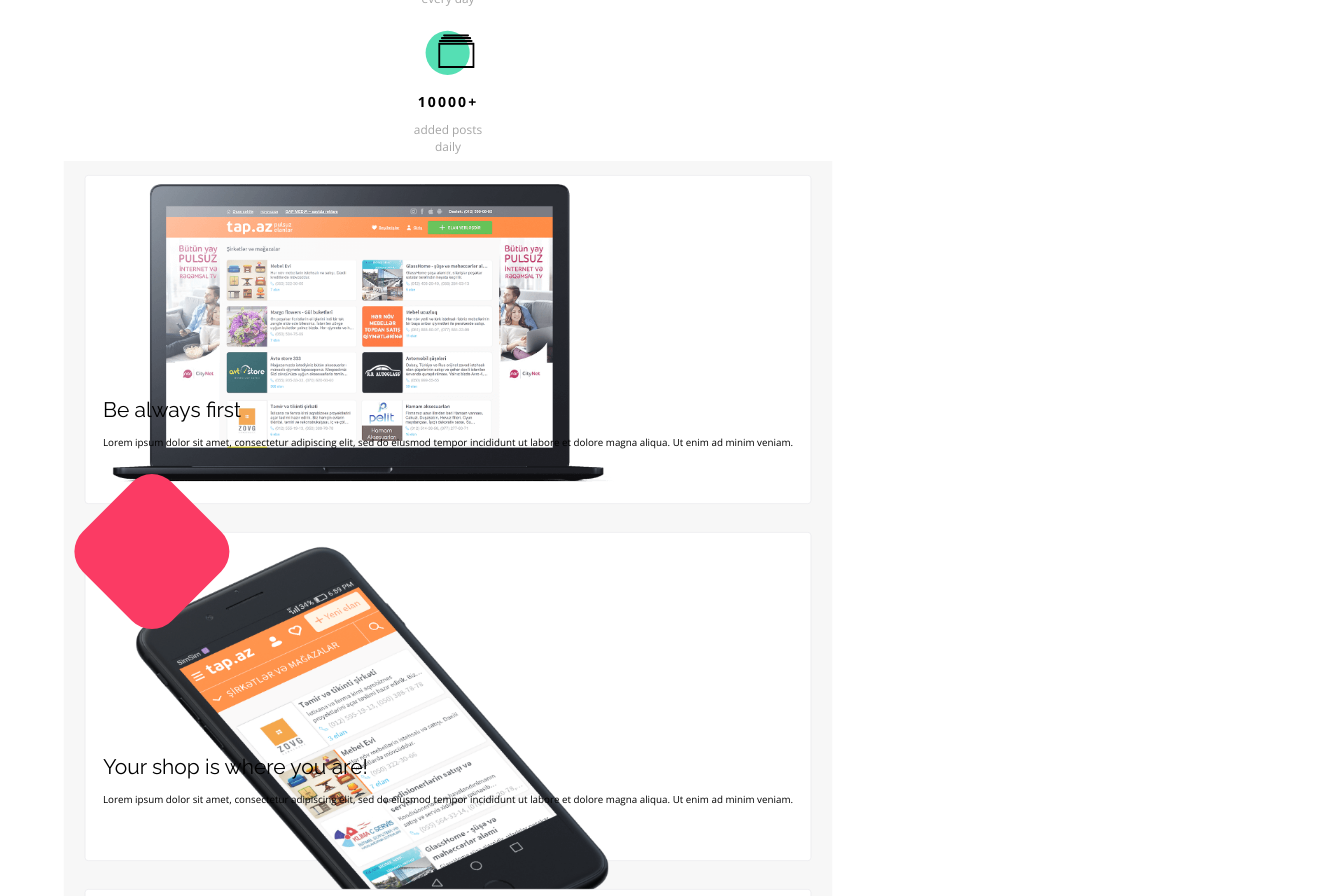
Repository: artwol993/BestShop
Page: index.html
The author's editor kept a copy of each file at every save. The page is drawn from the files as they stood at one save, then again after the next save.
The browser window is 1280 px wide. The page is 1920 px wide, so the pictures cover 1920 px, including what lies to the right of the window. The pictures show the part of the page from y = 1600 to 2880 px (the page is 3597 px tall), at 70% of full size.
The style sheet was rebuilt from its Sass, Less or Tailwind sources for each picture, by a compiler version that may differ from the author's.

Above is the page before, as saved 2020-06-01 21:50:22.

### index.html
<!DOCTYPE html>
<html lang="en">
<head>
    <meta charset="UTF-8">
    <meta name="viewport" content="width=device-width, initial-scale=1.0">
    <title>BestShop[artwol993]</title>
    <link rel="stylesheet" href="css/main.css">
    <style>
        @import url('https://fonts.googleapis.com/css2?family=Open+Sans:wght@400;700&display=swap');
    </style>
    <style>
        @import url('https://fonts.googleapis.com/css2?family=Raleway:wght@300;400;700;800&display=swap');
    </style>
</head>
<body>
    <div class="main__container">
        <header>
            <div class="logo">BestShop</div>
            <nav class="nav">
                <!-- <button class="hamburger" aria-label="Menu">
                    <span class="hamburger__container" tabindex="-1">
                        <span class="hamburger__bars"></span>
                      </span>
                </button> -->
                <div class="side__menu">
                    <!-- <ul class="nav__list">
                        <li class="nav__list-item"><a href="" class="nav__link">why us</a></li>
                        <li class="nav__list-item"><a href="" class="nav__link">benefits</a></li>
                        <li class="nav__list-item"><a href="" class="nav__link">prices</a></li>
                        <li class="nav__list-item"><a href="" class="nav__link">contact</a></li>
                    </ul> -->
                </div>
            </nav>
        </header>

        <div class="content__container">
            <div class="main">

<!-- welcome-section -->

                <section class="welcome">
                    <div class="welcome__content">
                        <h1>Sell More!</h1>
                        <p>Open shop on our platform and incrase your sales</p>
                        <button class="main-btn">Open your shop</button>
                    </div>
                    <img src="/assets/Background.png" alt="notebook-picture" class="welcome__picture">
                </section>

<!-- stats-section -->

                <section class="stats">
                    <h2>The most popular sales platform in country</h2>
                    <div class="stats__container">
                        <div class="stats__bin">
                            <div class="stats__circle-person"></div>
                            <img src="./assets/Person.svg" alt="person-contour" class="stats__img-person">
                            <span>100000+</span>
                            <p>daily entries</p>
                        </div>
                        <div class="stats__bin">
                            <div class="stats__circle-eye"></div>
                            <img src="./assets/Eye.svg" alt="person-contour" class="stats__img-eye">
                            <span>200000+</span>
                            <p>seen products<br> every day</p>
                        </div>
                        <div class="stats__bin">
                            <div class="stats__circle-catalog"></div>
                            <img src="./assets/Catalog.svg" alt="person-contour" class="stats__img-catalog">
                            <span>10000+</span>
                            <p>added posts <br> daily</p>
                        </div>
                    </div>
                </section>

<!-- profits-section -->

                <section class="profits">
                    <div class="profits__container">
                        <div class="profits__box">
                            <div class="profits__box__double-notebook">
                                <img src="/assets/Macbook.png" alt="notebook-picture" class="notebook-picture">
                            </div>
                            <div class="profits__box__double">
                                <h2>Be always first</h2>
                                <p>Lorem ipsum dolor sit amet, consectetur adipiscing elit, sed do eiusmod tempor incididunt ut labore et dolore magna aliqua. Ut enim ad minim veniam.</p>
                            </div>
                        </div>
                        <div class="profits__box">
                            <div class="profits__box__double-img">
                                <img src="/assets/iPhone.png" alt="phone-picture" class="phone-picture">
                            </div>
                            <div class="profits__box__double">
                                <h2>Your shop is where you are!</h2>
                                <p>Lorem ipsum dolor sit amet, consectetur adipiscing elit, sed do eiusmod tempor incididunt ut labore et dolore magna aliqua. Ut enim ad minim veniam.</p>
                            </div>
                        </div>
                        <div class="profits__box">
                            <div class="profits__box__double">
                                <h2>Increase recognition your brand!</h2>
                                <p>Lorem ipsum dolor sit amet, consectetur adipiscing elit, sed do eiusmod tempor incididunt ut labore et dolore magna aliqua. Ut enim ad minim veniam.</p>
                            </div>
                            <div class="profits__box__double-img" class="trumpet">
                                <img src="/assets/Trumpet.png" alt="trumpet-photo" >
                            </div>
                        </div>

                    </div>
                </section>

<!-- pricing-section -->

                <section class="pricing">
                    <div class="pricing__container">
                        <h2></h2>
                        <div class="pricing__box">
                            <div class="pricing__box__price">

                            </div>
                            <div class="pricing__box__list">
                            <li class="include">100 MB HDD</li>
                            <li class="include">1 Subdomain</li>
                            <li class="include">2 E-mails</li>
                            <li class="not__include">Two years license</li>
                            <li class="not__include">Full support</li>

                        </div>
                        </div>
                        <div class="pricing__box">
                            <div class="pricing__box">
                                <div class="pricing__box__price">
                                    <ul class="pricing__list">
                                        <li class="include">500 MB HDD</li>
                                        <li class="include">2 Subdomain</li>
                                        <li class="include">5 E-mails</li>
                                        <li class="include">One year license</li>
                                        <li class="not__include">Full support</li>
                                    </ul>
                                </div>

                            </div>
                        </div>
                        <div class="pricing__box">

                        </div>


                    </div>
                </section>

<!-- contact-section -->

                <section class="contact"></section>
            </div>
        </div>

        <footer>
            <div class="logo">BestShop</div>
            <div class="footer-icon"></div>
            <div class="footer-icon"></div>
        </footer>
    </div>
</body>
</html>

### scss/main.scss
    $c-primary-first: #08a6e4;
    $c-primary-second: #fb3b64;
    $c-primary-third: #55dfb4;
    $c-black: #000000;
    $c-white: #ffffff;
    $c-background: #f7f7f7;
    $c-details: #a5a5a5;
    $c-shadow: #00000029;
    $f-h: 'Raleway', sans-serif;
    $f-p: 'Open Sans', sans-serif;
    $fw-light: 300;
    $fw-normal: 400;
    $fw-bold: 700;
    $fw-black: 800;

/*reset*/

  * {
      margin: 0;
      padding: 0;
      box-sizing: border-box;
  }

  /* fonts */

  a, p, ul, span {
    font-family: $f-p;
  }

  h1 {
    font-size: 3.063rem;
    font-weight: $fw-normal;
    font-family: $f-h;
    color: $c-black;
  }

  h2 {
    font-size: 2.188rem;
    font-weight: $fw-normal;
    font-family: $f-h;
    color: $c-black;
  }

  h3 {
    font-size: 1.25rem;
    font-weight: $fw-bold;
    margin: 5px;
    font-family: $f-h;
    color: $c-black;
  }

  .logo {
    font-size: 2rem;
    font-weight: $fw-light;
    font-family: $f-h;
    color: $c-primary-first;
    text-decoration: none;
    cursor: pointer;
  }

  .body {
      width: 100vh;
  }
  /*header*/
  header {
      height: 70px;
      display: flex;
      align-items: center;
      justify-content: space-between;
      padding: 0 25px;
      box-shadow: 0px 3px 6px $c-shadow;
  }

//   .hamburger {
//     margin: 0;
//     padding: 0;
//     border: 0;
//     background-color: transparent;
//     cursor: pointer;
//     &:focus {
//         & > .hamburger__container {
//           	box-shadow: 0 0 2px 2px #51a7e8;
//         }
//     }
//   }

//   .hamburger__container {
//     display: flex;
//     align-items: center;
//     position: relative;
//     width: 35px;
//     height: 30px;
//   }

//   .hamburger__bars {
//     position: absolute;
//     width: 35px;
//     height: 2px;
//     background-color: #000;
//     transition: transform 220ms ease-in-out;
//     &:before, &:after {
//         display: block;
//         position: absolute;
//         width: 35px;
//         height: 2px;
//         background-color: #000;
//         content: '';
//     }
//     &:before {
//         top: -12px;
//         transition: top 100ms 250ms ease-in, transform 220ms ease-in-out;
//     }
//     &:after {
//         bottom: -12px;
//         transition: bottom 100ms 250ms ease-in,
//           			transform 220ms ease-in-out;
//     }
//   }

//   .hamburger--active {
//     .hamburger__bars {
//         transform: rotate(225deg);
//         transition: transform 220ms 120ms ease-in-out;
//         &:before {
//             top: 0;
//             transition: top 100ms ease-out;
//         }
//         &:after {
//             bottom: 0;
//             transform: rotate(-90deg);
//             transition: bottom 100ms ease-out,
//             		  	transform 220ms 120ms ease-in-out;
//         }
//     }
// }

//   .hamburger, .hamburger__container {
//     &:focus {
//       	outline: none;
//   	}
//   }

//   .side__menu {
//     display: flex;
//     box-sizing: border-box;
//     position: absolute;
//     height: 70%;
//     width: 200px;
//     top: 70px;
//     right: -300px;
//     padding: 0;
//     background-color: red;
//     transition: 0.3s transform ease-in-out;
//   }

//   .side__menu ul {
//     position: absolute;
//     display: flex;
//     flex-direction: column;
//     box-sizing: border-box;
//     height: calc(100% - 70px);
//     flex-wrap: wrap;
//     margin: 0 10px;
//     padding: 0;
//     list-style-type: none;
//     align-content: flex-start;
//   }

//   .side-__menu ul li {
//     display: flex;
//     flex-direction: column;
//     height: 30px;
//     background: $c-primary-second;
//     flex-basis: 100%;
//     margin-top: 70px;
//     color: #696e9e;
//     border-radius: 5px;
//     overflow: hidden;
//   }

//   .side__menu ul li a {
//     display: flex;
//     padding: 10px;
//     align-items: center;
//     width: 100%;
//     height: 100%;
//     background: $c-primary-third;
//     text-decoration: none;
//     box-sizing: border-box;
//   }

//   .hamburger:focus ~ .side__menu, .side__menu:hover {
//     transform: translateX(-300px);
//   }

.nav__list {
  display: flex;
  justify-content: space-around;
  align-items: center;
}

.nav__list-item {
  // padding: 10px;
  list-style: none;
  // margin-right: 50px;
}

.nav__link {
  color: $c-details;
  font-weight: $fw-bold;
  text-decoration: none;
  text-transform: uppercase;
  font-size: 11px;

  &:hover {
    color: $c-black;
    border-bottom: solid 3px $c-primary-first;
    padding-bottom: 23px;
  }
}

/*content*/

.content__container {
  width: calc(100wv - 20px);
  // background: pink;
  display: flex;
  align-items: center;
  justify-content: center;
}

// .main {
//   background: blue;
// }

.welcome {
  display: flex;
  flex-direction: column;
  align-items: center;

}

.welcome__content {
  margin: 50px 10px;
  display: flex;
  flex-direction: column;
  align-items: center;
}

.welcome__content p {
  text-align: center;
  margin-top: 20px;
}

.main-btn {
  margin-top: 25px;
  padding: 22px 90px;
  border-radius: 40px;
  font-weight: 800;
  border: none;
  text-align: center;
  text-decoration: none;
  background: $c-primary-first;
  color: $c-white;
}

.welcome__picture {
  width: 200%;
  height: auto;
  margin-bottom: 20px;
  object-position: center;

}

// stats-section

.stats h2 {
  text-align: center;
  margin-top: 20px;
}

.stats__container {
  display: flex;
  flex-direction: column;
  align-items: center;
  margin: 10px 0;
}

.stats__bin {
  margin-top: 25px;
  display: flex;
  flex-direction: column;
  align-items: center;
}

div[class*="stats__circle"] {
  width: 63px;
  height: 63px;
  border-radius: 50%;
  position: relative;
  margin: 10px 0;
}

.stats__circle-person {
  background: $c-primary-second;
}
.stats__circle-eye {
  background: $c-primary-first;
}

.stats__circle-catalog {
  background: $c-primary-third;
}

img[class*="stats__img"] {
  position: absolute;
}

.stats__img-person {
  margin-top: 15px;
  margin-left: 25px;
}

.stats__img-eye {
  width: 65px;
  margin-top: 24px;
  margin-left: 23px;
}

.stats__img-catalog {
  margin-top: 15px;
  margin-left: 25px;
}

.stats__bin span {
  font-size: 20px;
  font-weight: $fw-bold;
  margin-top: 15px;
  letter-spacing: 3px;
}

.stats__bin p {
  margin-top: 15px;
  font-size: 17px;
  font-weight: $fw-normal;
  color: $c-details;
  text-align: center;
}

/*profits-section*/

.profits {
  display: flex;
  flex-direction: column;
  align-items: center;
}

.profits__container {
  display: flex;
  flex-direction: column;
  align-items: center;
  background: $c-background;
}

.profits__box {
  height: 470px;
  margin: 20px 30px;
  background: $c-white;
  border-radius: 5px;
  border: solid 1px #E8E9ED;
  box-sizing: border-box;
  display: flex;
  flex-direction: column;
}

div[class*="profits__box__double"] {
  height: 60%;
  margin: 5px 5px;
}

// div[class*="profits__box__double"] {
//   height: 40%;
//   display: flex;
//   justify-content: center;
//   align-items: center;
//   box-sizing: border-box;
// }

.profits__box__double-img:last-of-type {
  background: $c-primary-third;
  border-radius: 5px;
}

.profits__box__double img {
  width: 200px;
}


.profits__box__double h2 {
  font-size: 30px;
  margin: 20px;
}

.profits__box__double p {
  font-size: 14px;
  font-weight: $fw-normal;
  margin: 20px;
}

.profits__box__double-notebook::after {
  content: "";
  display: block;
  width: 180px;
  height: 180px;
  background-color: $c-primary-second;

  border-radius: 40px;
  position: relative;
  transform: rotate(45deg);
}


.phone-picture::after {
  content: "";
  width: 320px;
  height: 320px;
  background-color: $c-primary-first;
  display: block;
  border-radius: 50%;
  position: relative;
}



// pricing section

After the next save:
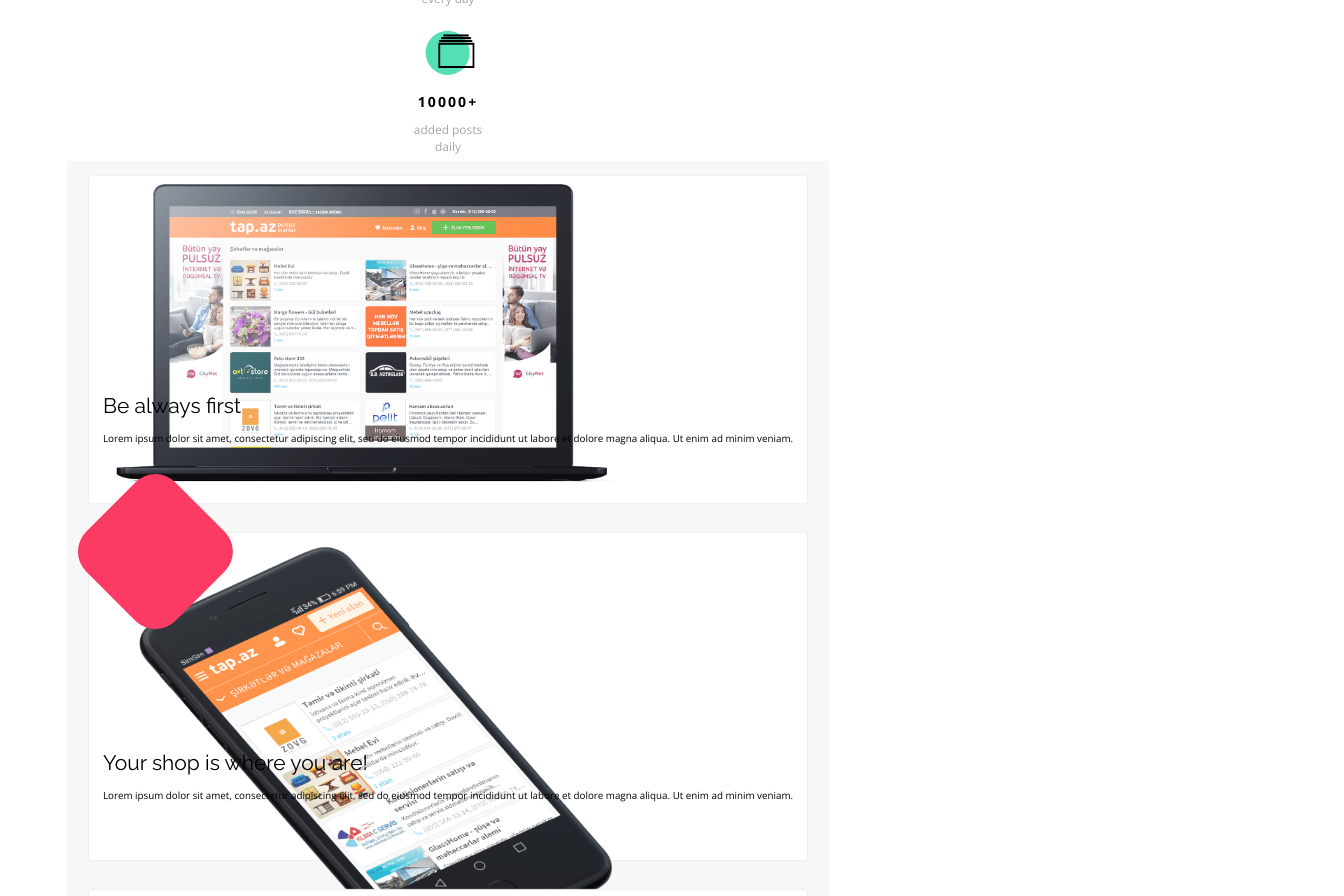
Saved 5 min 26 s later.
--- a/scss/main.scss
+++ b/scss/main.scss
@@ -373,7 +373,7 @@
   flex-direction: column;
 }
 
-div[class*="profits__box__double"] {
+div[class*="profits__box__double-"] {
   height: 60%;
   margin: 5px 5px;
 }
